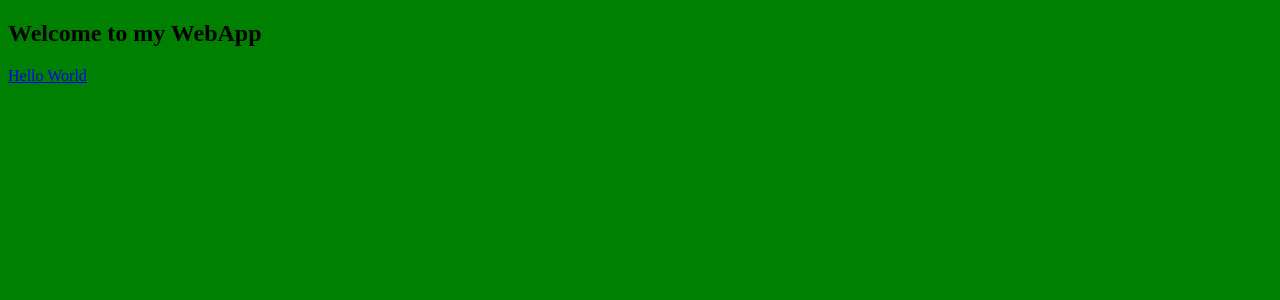
Repository: Shoumorup/ForGitDemo
Page: mywebapp/src/main/webapp/index.html
These files come from the project's save history. The page is drawn as it stood at one moment and after the next save; the edit follows.
The browser window is 1280 px wide. The pictures show the whole page.

Above is the page before, as saved 2019-07-16 05:16:51.

### mywebapp/src/main/webapp/index.html
<!DOCTYPE html>
<html>
<head>
<meta charset="UTF-8">
<title>Home Page here</title>
</head>
<body bgcolor="green">

<h2>Welcome to my WebApp</h2>
<a href="hello">Hello World</a>
</body>
</html>

After the next save:
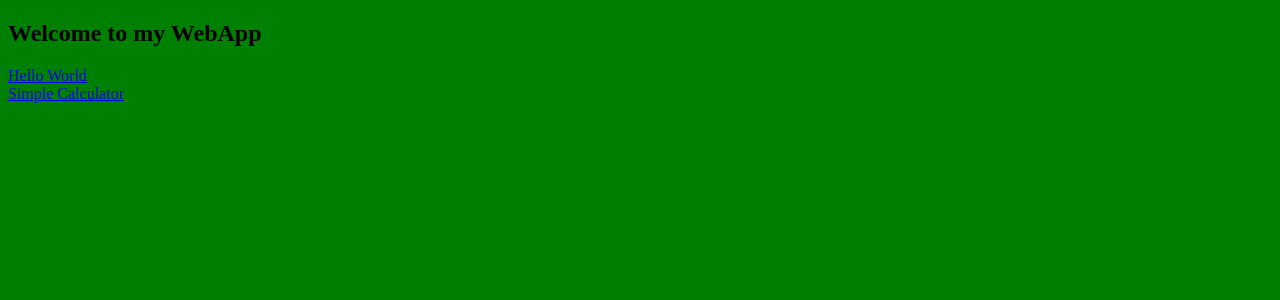
Saved 47 min 58 s later.
--- a/mywebapp/src/main/webapp/index.html
+++ b/mywebapp/src/main/webapp/index.html
@@ -7,6 +7,7 @@
 <body bgcolor="green">
 
 <h2>Welcome to my WebApp</h2>
-<a href="hello">Hello World</a>
+<a href="hello">Hello World</a> <br>
+<a href="calculator.html">Simple Calculator</a>
 </body>
 </html>
